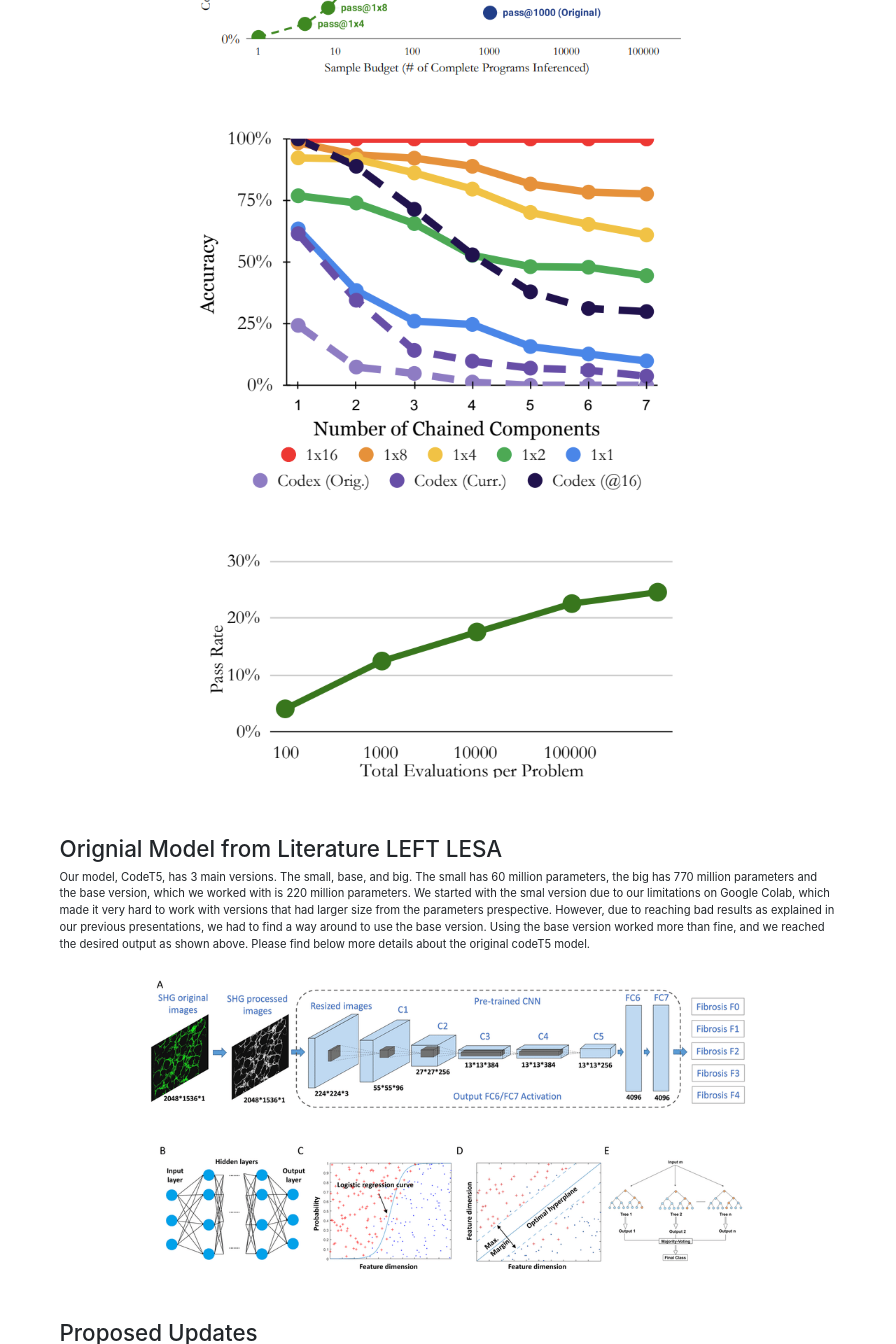
Repository: Shaalan-omar/ConcodePlus
Page: team-specific/index.html
These files come from the project's save history. The page is drawn as it stood at one moment and after the next save; the edit follows.
The browser window is 1280 px wide. The pictures show the part of the page from y = 4580 to 6500 px (the page is 8572 px tall before and 8531 px after), at 70% of full size.

Above is the page before, as saved 2023-05-14 01:28:15.

After the next save:
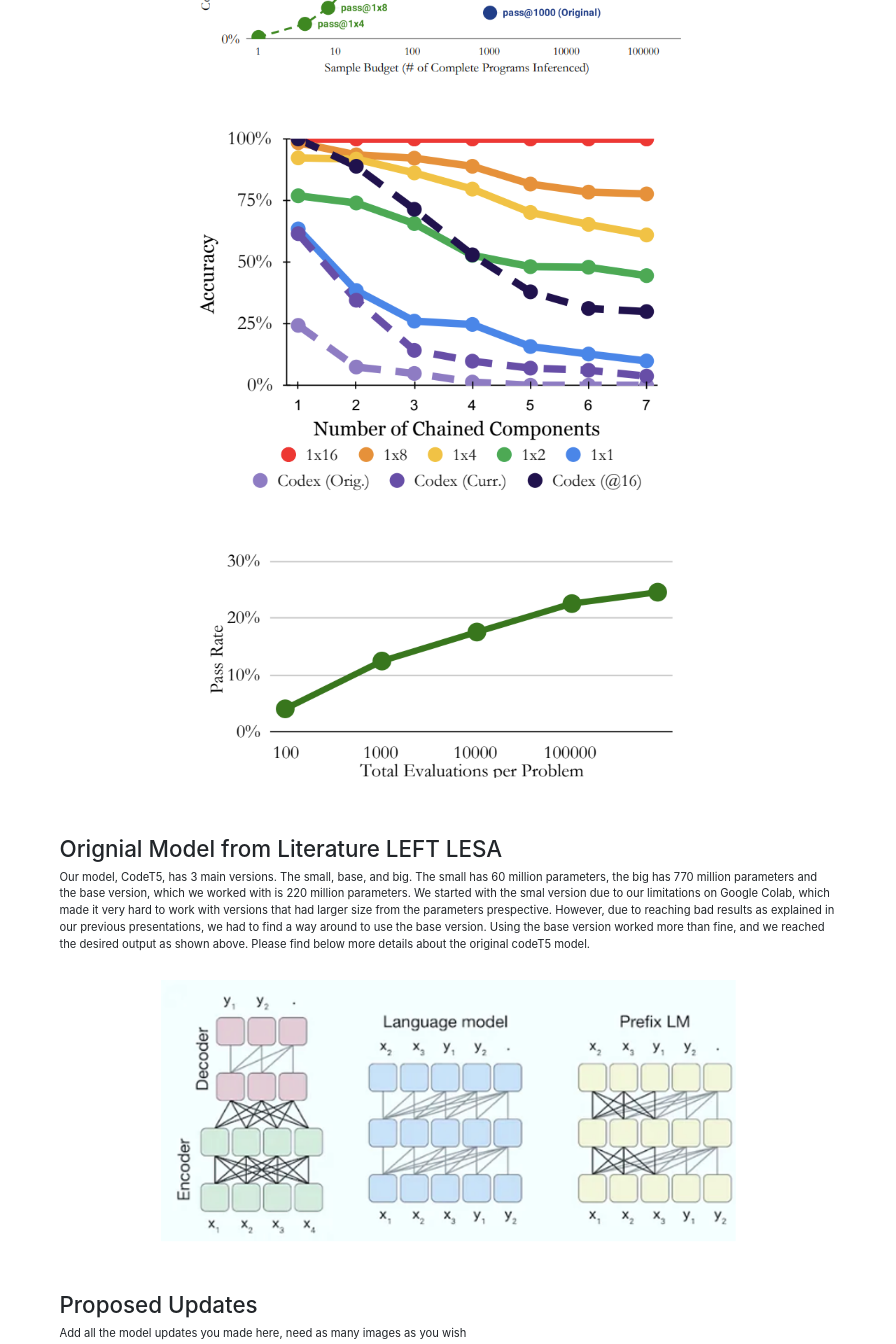
Saved 51 s later.
--- a/team-specific/index.html
+++ b/team-specific/index.html
@@ -199,7 +199,7 @@
 
 		<br/> <!-- Empty Line before the image -->
 	    <div class="img-container" align="center"> <!-- Block parent element -->
-      		<img src="resources/images/model.png" class="img-fluid text-center">
+      		<img src="resources/images/codet5_arch.png" class="img-fluid text-center">
     	</div>
     	<br/> <!-- Empty Line after the image -->
       </div>
